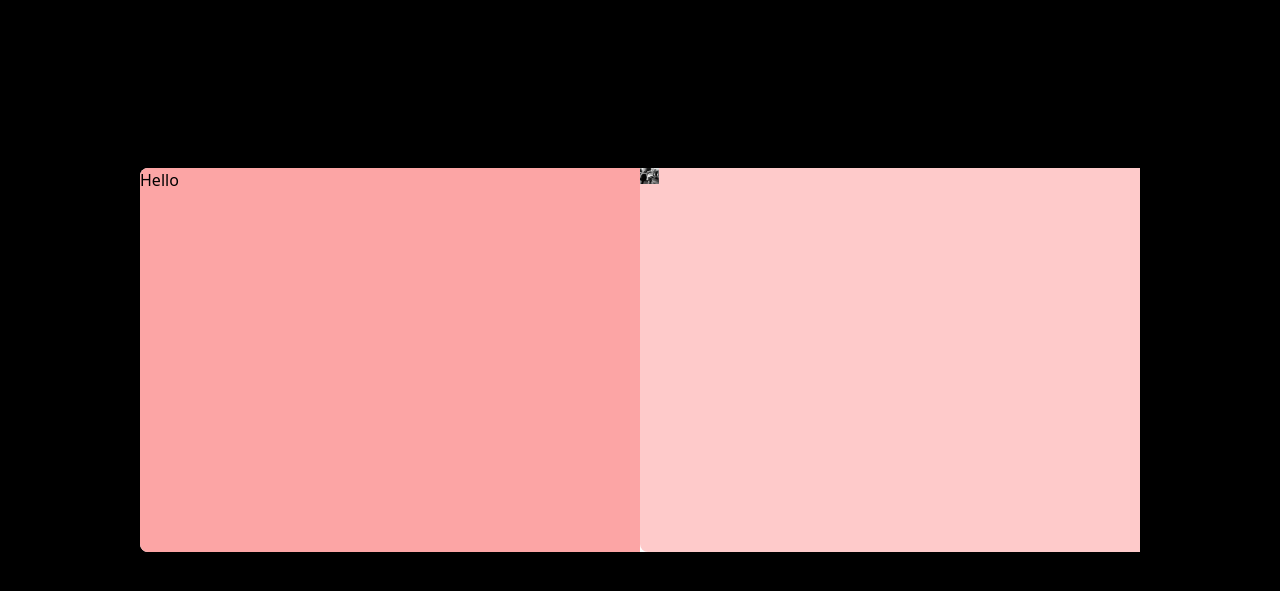
Repository: BerlinWebDev/FrontendMaster_PreviewMentor
Page: /
These files come from the project's save history. The page is drawn as it stood at one moment and after a run of saves; the edit follows.
The browser window is 1280 px wide. The pictures show the whole page.
The project was rebuilt for these pictures with package versions that can differ from the ones it lists, and the page was loaded fresh each time.

Above is the page before, as saved 2023-11-11 01:22:58.

After the next 3 saves:
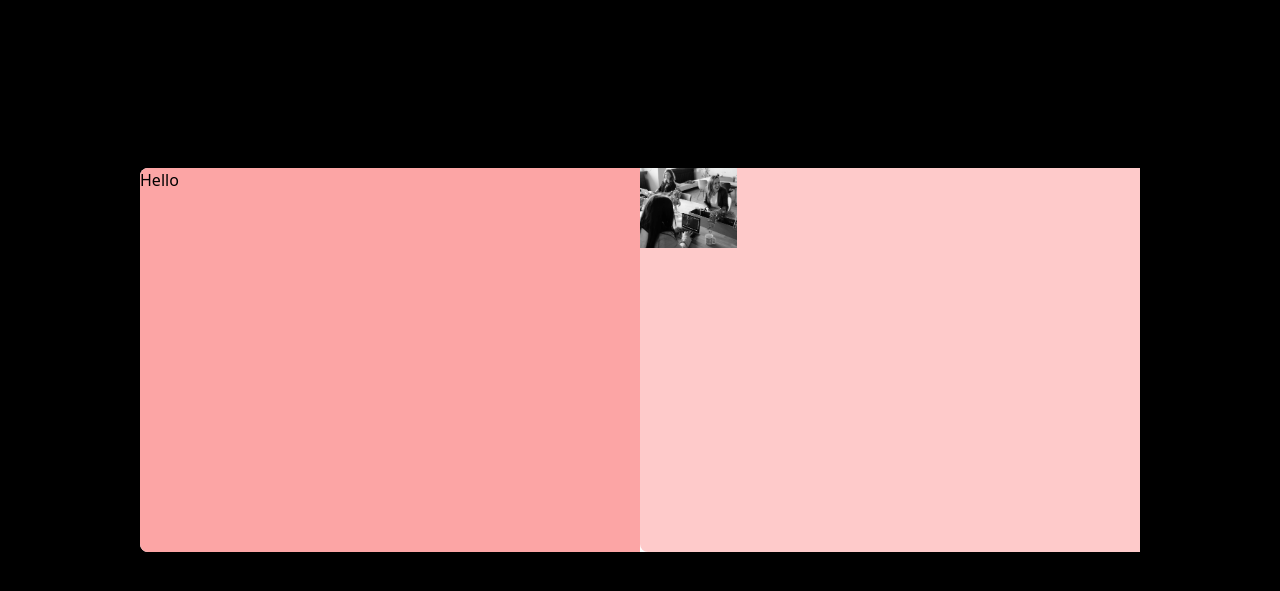
The 3 saves are shown as one change because they came seconds apart.
The last was saved 102 s later.
--- a/src/App.js
+++ b/src/App.js
@@ -12,7 +12,11 @@ function App() {
         <div className="flex h-96 w-[1000px] rounded-lg bg-white">
           <aside className="w-1/2 bg-red-300 rounded-l-lg">Hello</aside>
           <aside className="w-1/2 bg-red-200 rounded-l-lg">
-            <img className="object-fill h-4" src={Image} alt="Header-Desktop" />
+            <img
+              className="object-fill h-20"
+              src={Image}
+              alt="Header-Desktop"
+            />
           </aside>
         </div>
       </main>
